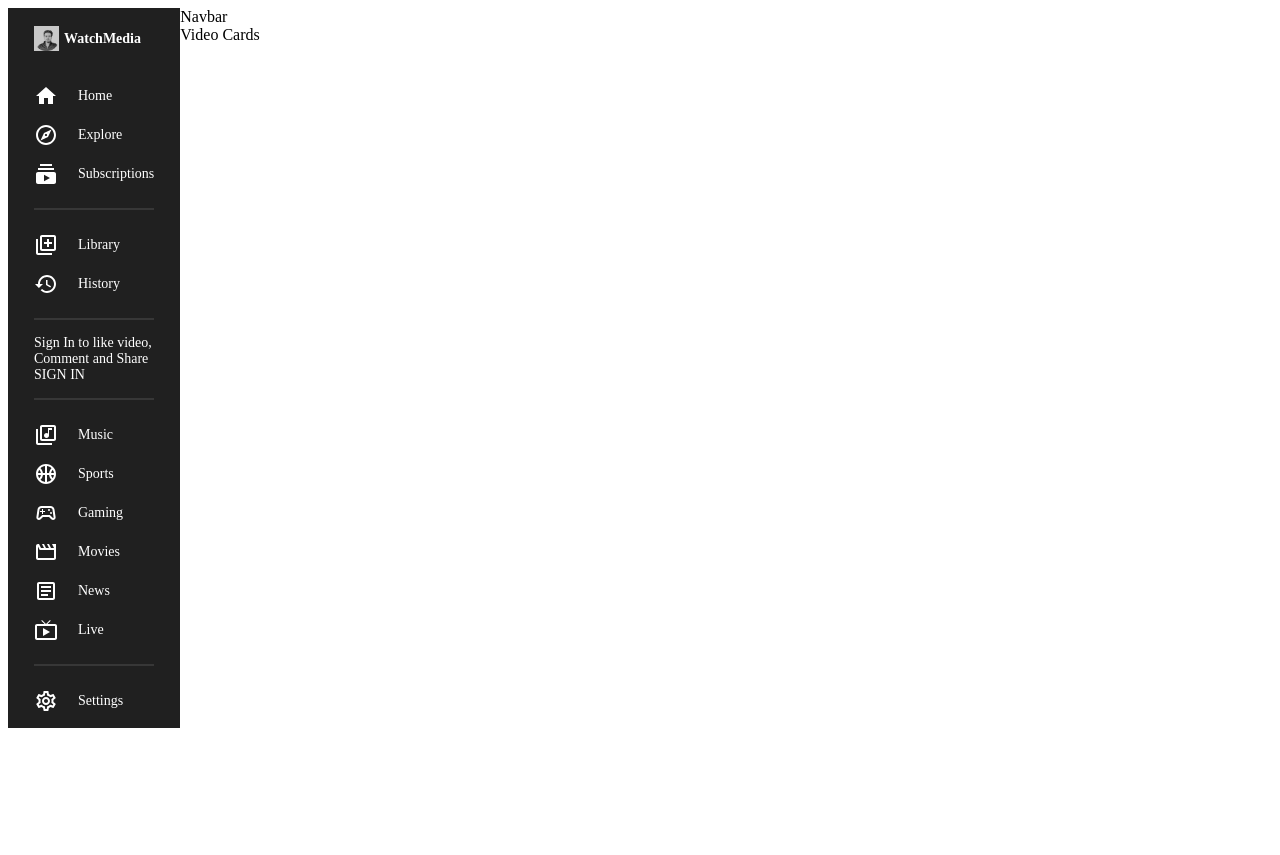
Repository: inzamamahmad3/final-year-project-skeleton
Page: /video/test
An editor plug-in stored every save of this project. The page is shown before and after the next save, followed by the edit.
The browser window is 1280 px wide. The pictures show the whole page.
The project was rebuilt for these pictures with package versions that can differ from the ones it lists, and the page was loaded fresh each time.

Above is the page before, as saved 2023-07-18 00:35:07.

After the next save:
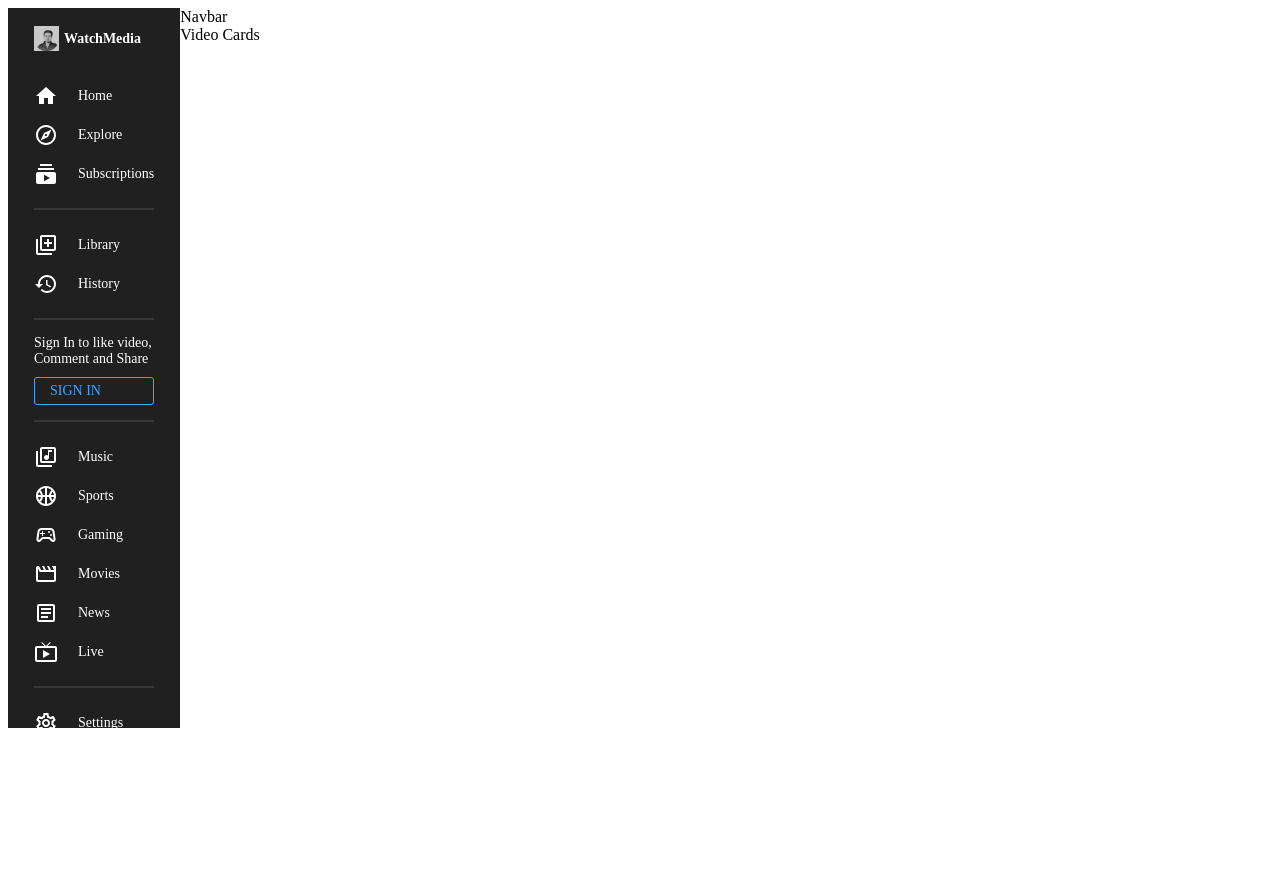
Saved 57 s later.
--- a/src/components/Menu.jsx
+++ b/src/components/Menu.jsx
@@ -57,7 +57,19 @@ const Hr = styled.hr`
 `;
 
 const Login = styled.div``;
-const Button = styled.div``;
+const Button = styled.div`
+  padding: 5px 15px;
+  background-color: transparent;
+  border: 1px solid #3ea6ff;
+  color: #3ea6ff;
+  border-radius: 3px;
+  font-weight: 500;
+  margin-top: 10px;
+  cursor: pointer;
+  display: flex;
+  align-items: center;
+  gap: 5px;
+`;
 
 function Menu() {
   return (
